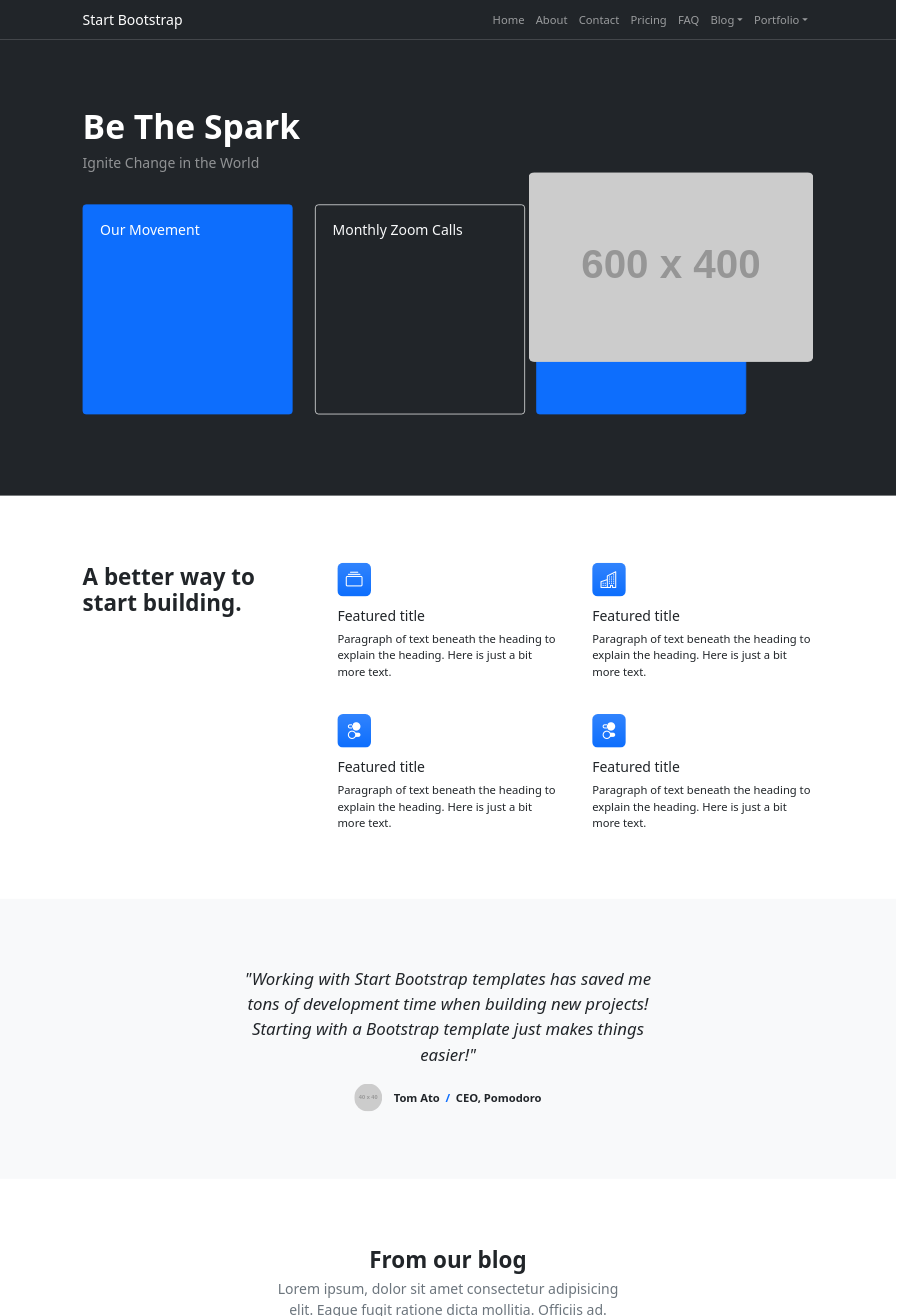
Repository: DragonFruit8/BeTheSpark
Page: index.html
The author's editor kept a copy of each file at every save. The page is drawn from the files as they stood at one save, then again after the next save.
The browser window is 1280 px wide. The page is 1280 px wide, then 1294 px, so the pictures cover 1294 px, including what lies to the right of the window. The pictures show the part of the page from y = 0 to 1880 px (the page is 2852 px tall), at 70% of full size.

Above is the page before, as saved 2024-01-05 08:26:11.

After the next save:
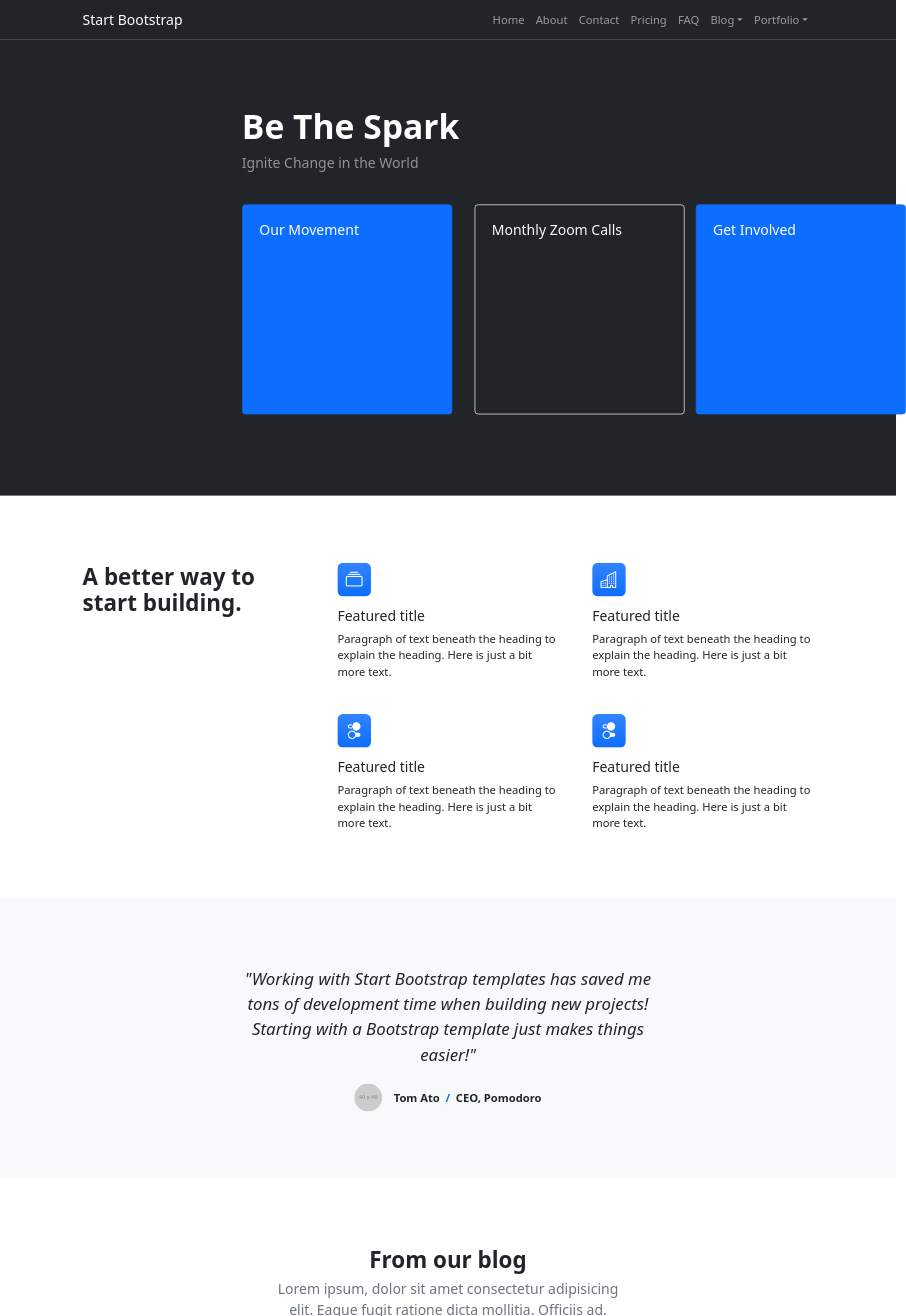
Saved 35 s later.
--- a/index.html
+++ b/index.html
@@ -61,7 +61,7 @@
                                 </div>
                             </div>
                         </div>
-                        <div class="col-xl-5 col-xxl-6 d-none d-xl-block text-center"><img class="img-fluid rounded-3 my-5" src="https://dummyimage.com/600x400/343a40/6c757d" alt="..." /></div>
+                        <!-- <div class="col-xl-5 col-xxl-6 d-none d-xl-block text-center"><img class="img-fluid rounded-3 my-5" src="https://dummyimage.com/600x400/343a40/6c757d" alt="..." /></div> -->
                     </div>
                 </div>
             </header>
